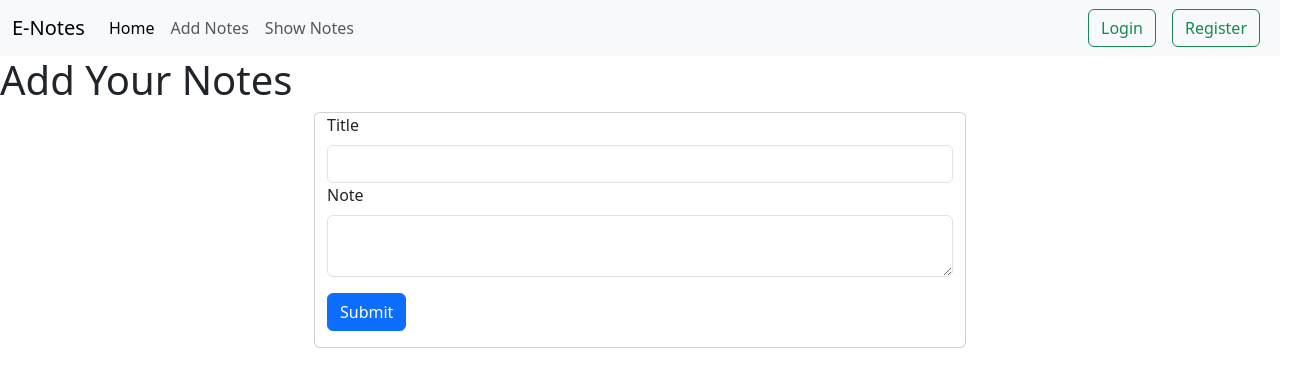
Repository: SandeepSharma2002/JavaProjects
Page: http://localhost/ENotes/addNotes.jsp
An editor plug-in stored every save of this project. The page is shown before and after the next save, followed by the edit.
The browser window is 1280 px wide. The page is 1292 px wide, so the pictures cover 1292 px, including what lies to the right of the window. The pictures show the whole page.
The page is served by Tomcat 9.

Above is the page before, as saved 2023-10-24 18:51:06.

After the next save:
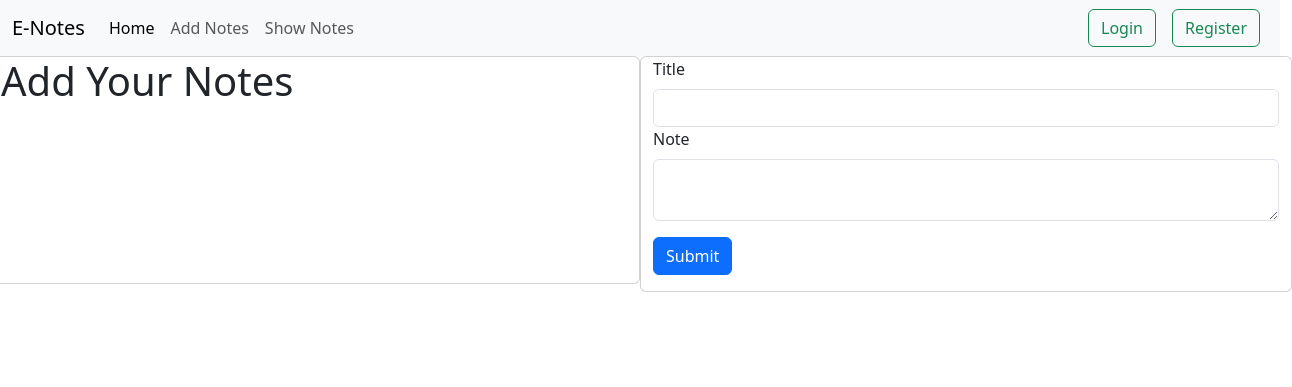
Saved 25 s later.
--- a/ENotes/src/main/webapp/addNotes.jsp
+++ b/ENotes/src/main/webapp/addNotes.jsp
@@ -11,7 +11,7 @@
 	<%@include file="Components/Navbar.jsp"%>
 
 	<div class="row">
-	<h1>Add Your Notes</h1>
+	<h1 class="card container-fluid col-md-6">Add Your Notes</h1>
 		<div class="card container-fluid col-md-6">
 
 			<form>

After the save that followed:
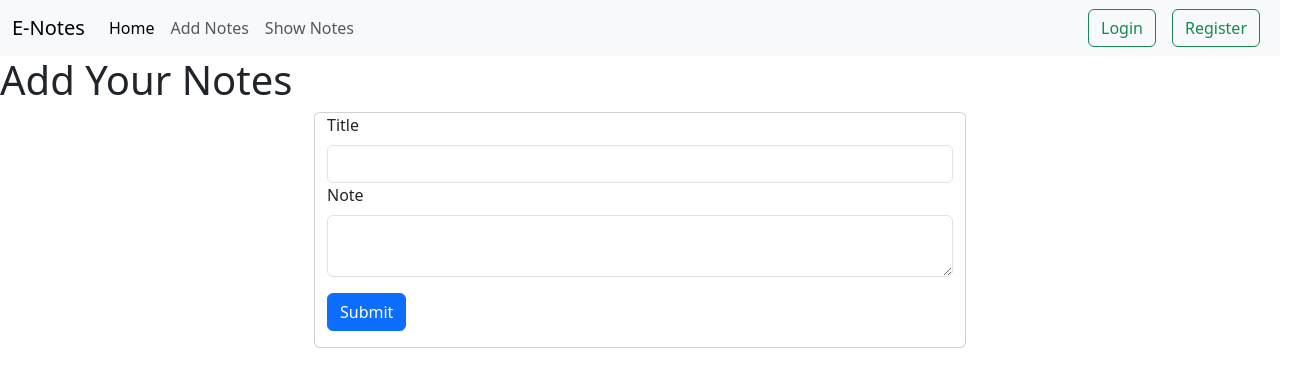
Saved 46 s later.
--- a/ENotes/src/main/webapp/addNotes.jsp
+++ b/ENotes/src/main/webapp/addNotes.jsp
@@ -9,9 +9,9 @@
 </head>
 <body>
 	<%@include file="Components/Navbar.jsp"%>
+	<h1 class=" col-md-6">Add Your Notes</h1>
+	<div class="row">
 
-	<div class="row">
-	<h1 class="card container-fluid col-md-6">Add Your Notes</h1>
 		<div class="card container-fluid col-md-6">
 
 			<form>
